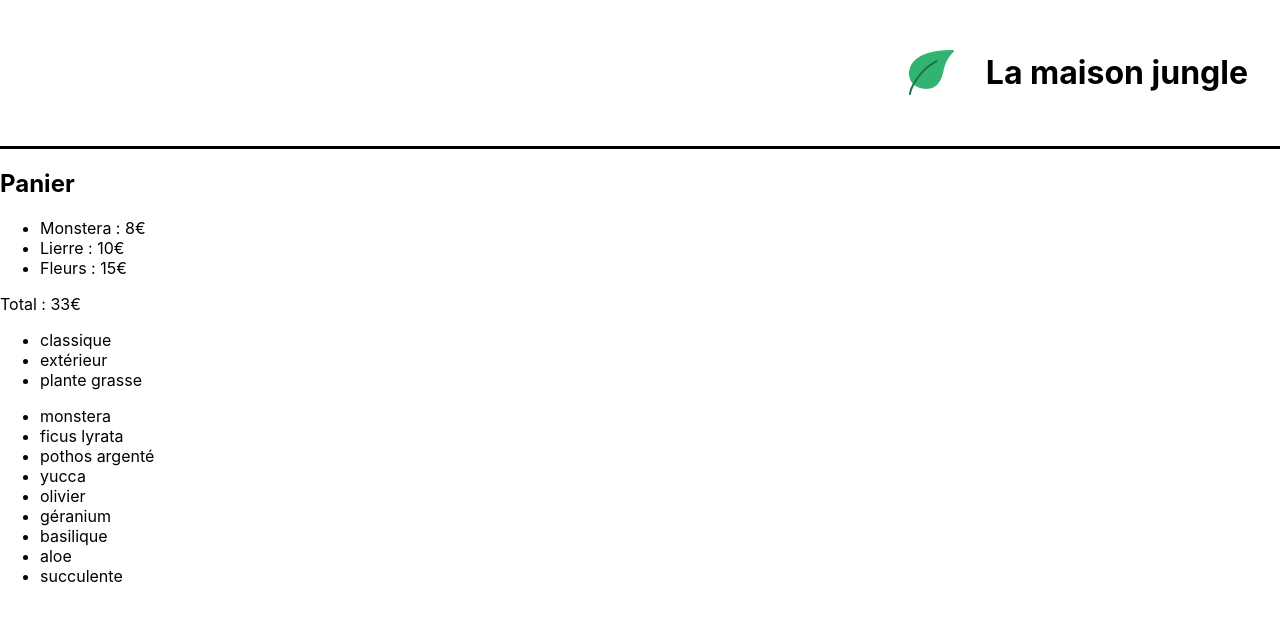
Repository: massndongo/la-maison-junglee
Page: /
An editor plug-in stored every save of this project. The page is shown before and after the next save, followed by the edit.
The browser window is 1280 px wide. The pictures show the whole page.
The project was rebuilt for these pictures with package versions that can differ from the ones it lists, and the page was loaded fresh each time.

Above is the page before, as saved 2023-03-23 16:54:18.

After the next save:
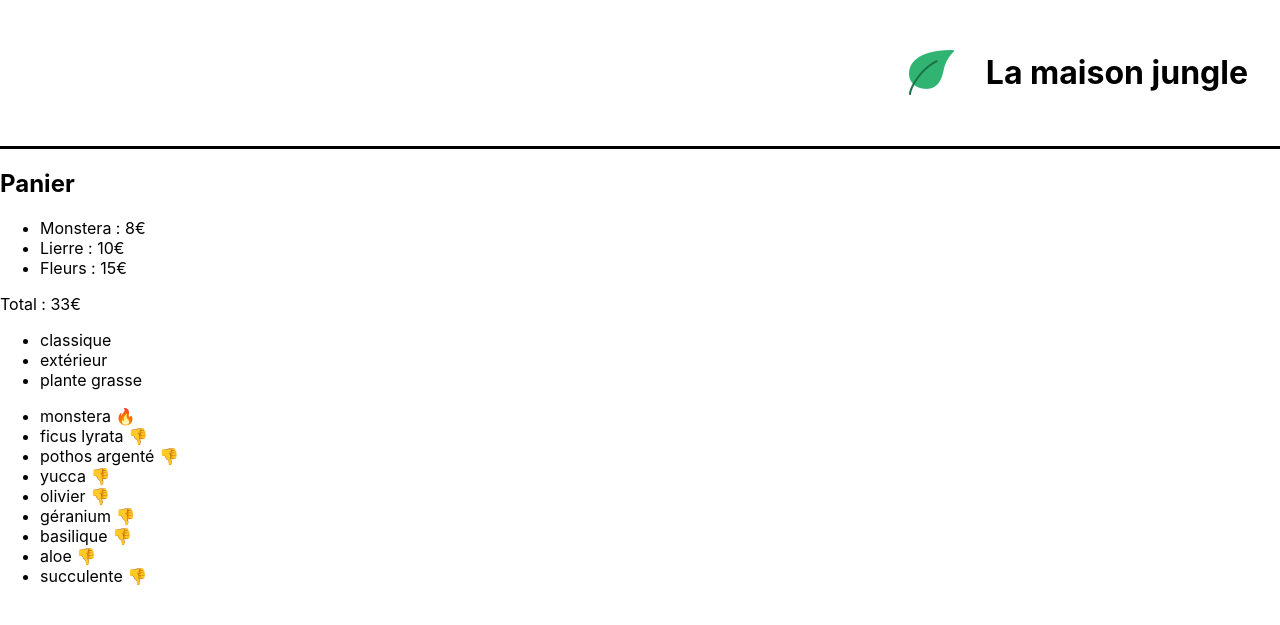
Saved 18 s later.
--- a/src/components/ShoppingList.js
+++ b/src/components/ShoppingList.js
@@ -16,7 +16,7 @@ function ShoppingList() {
 			</ul>
 			<ul>
 				{plantList.map((plant) => (
-					<li key={plant.id}>{plant.name} </li>
+					<li key={plant.id}>{plant.name} {plant.isBestSale ? <span>🔥</span> : <span>👎</span>}</li>
 				))}
 			</ul>
 		</div>
